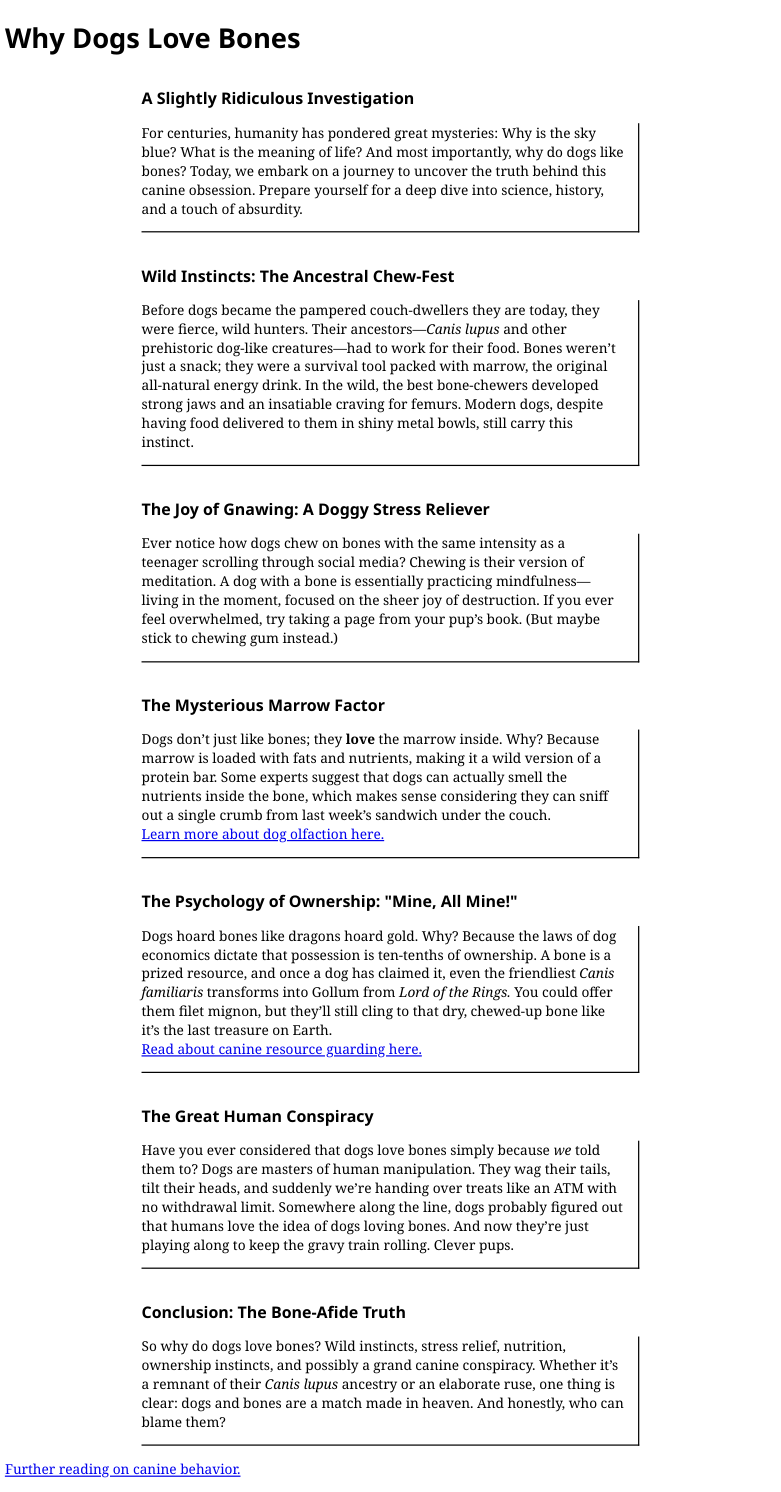
Repository: Leith-vdl/apprentice-challenge-1
Page: index.html
These files come from the project's save history. The page is drawn as it stood at one moment and after the next save; the edit follows.
The browser window is 1280 px wide. The pictures show the whole page, at 61% of full size.

Above is the page before, as saved 2025-01-31 15:36:42.

After the next save:
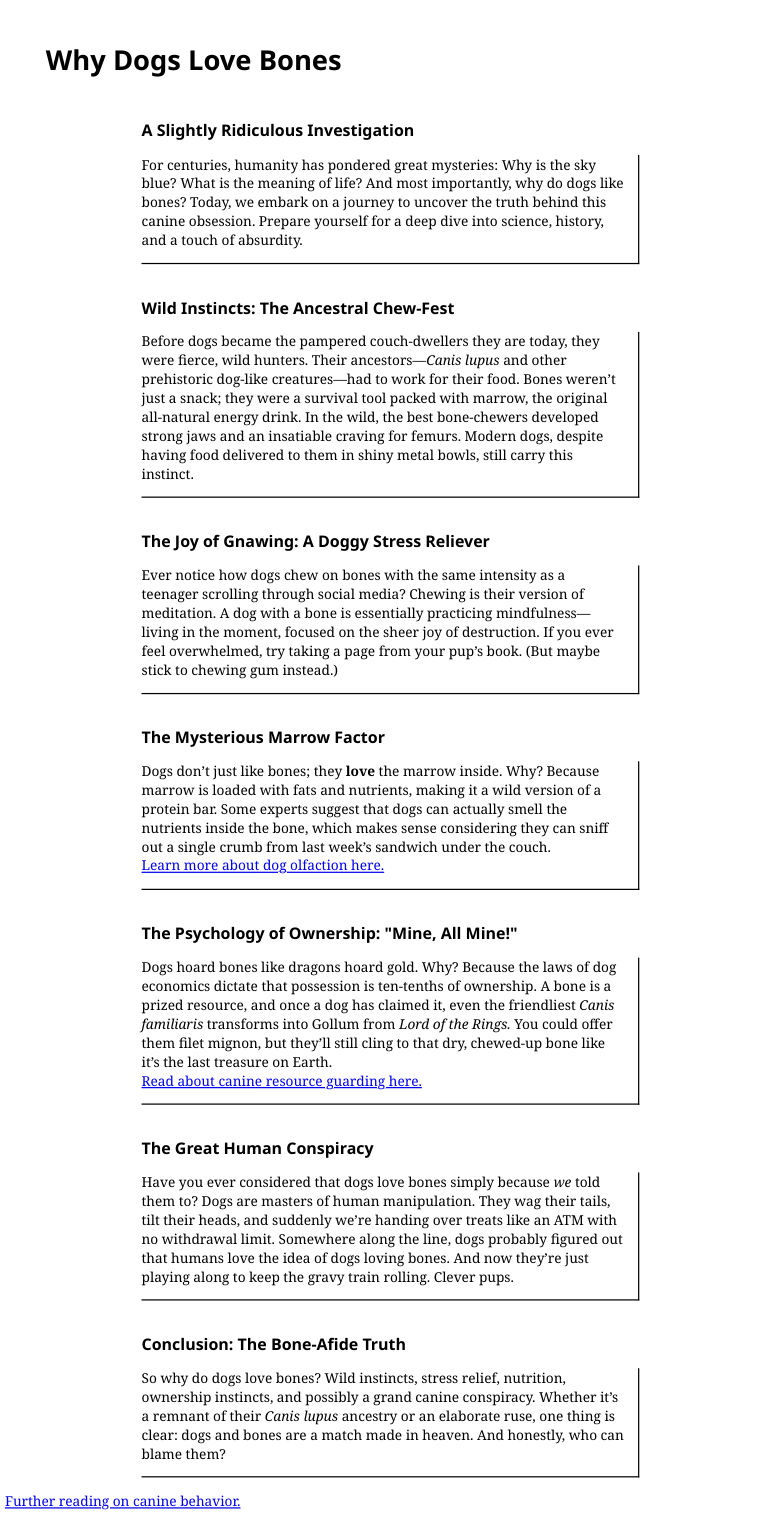
Saved 24 s later.
--- a/styles/styles.css
+++ b/styles/styles.css
@@ -5,6 +5,10 @@
 
 main {
     margin: 0 10em;
+}
+
+header.page-header {
+    margin: 3em
 }
 
 h1.page-header-title, h3.section-title {

After the save that followed:
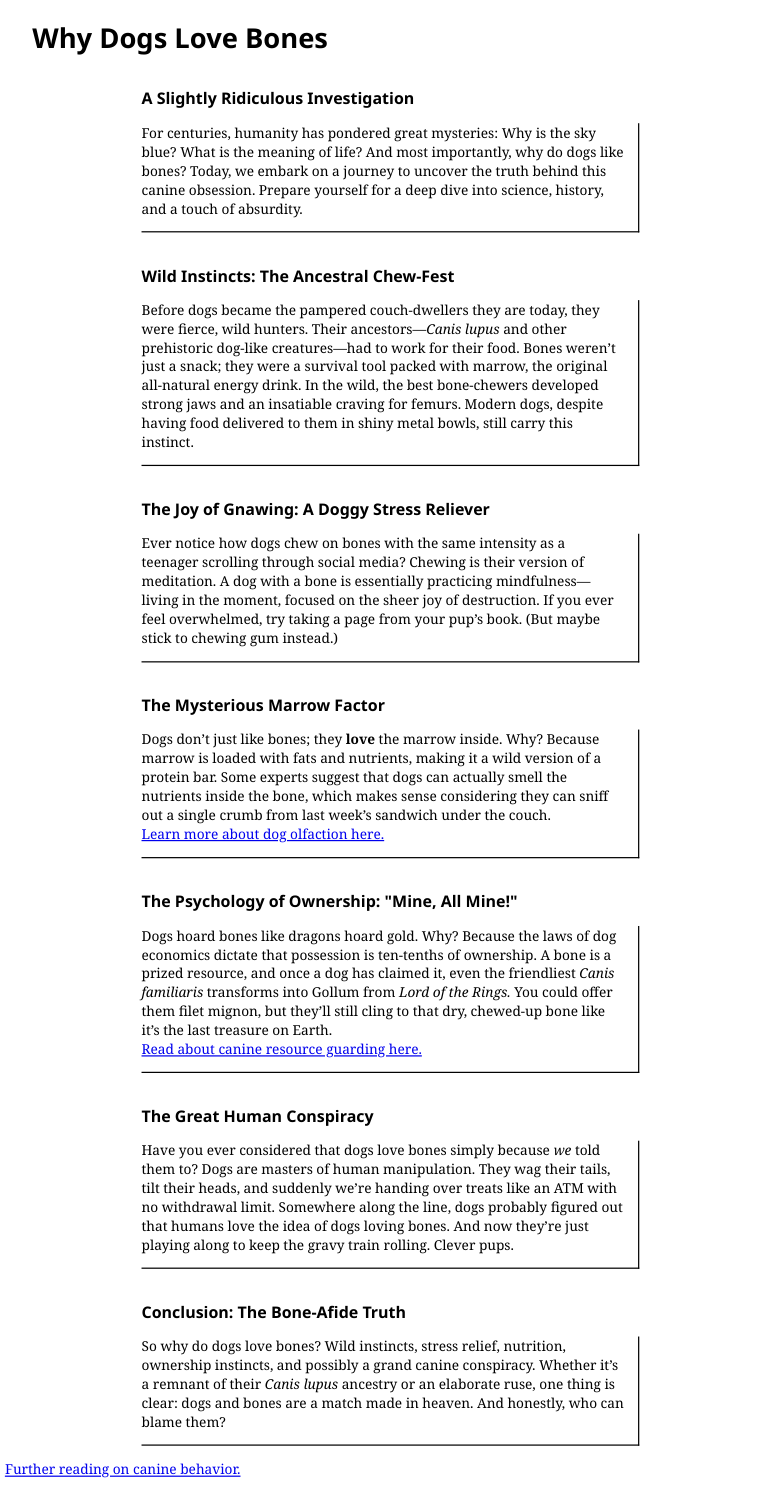
Saved 24 s later.
--- a/styles/styles.css
+++ b/styles/styles.css
@@ -8,7 +8,7 @@
 }
 
 header.page-header {
-    margin: 3em
+    margin: 0 0 0 2em;
 }
 
 h1.page-header-title, h3.section-title {
